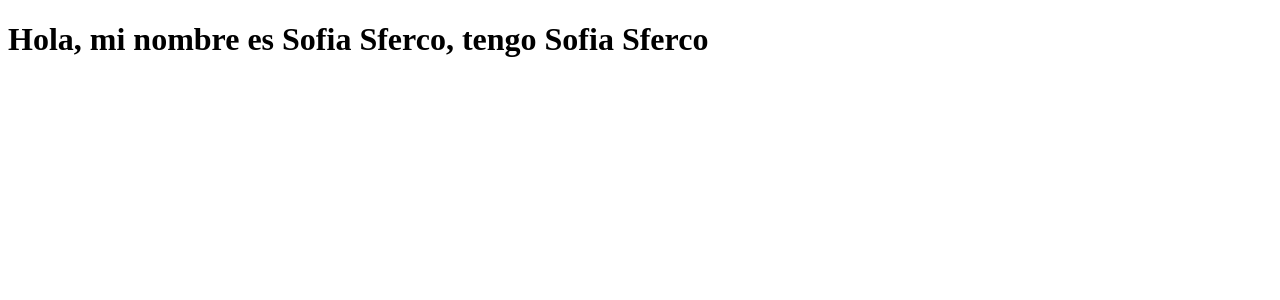
Repository: SofiaSferco/PWA-2026
Page: practico01/index.html
These files come from the project's save history. The page is drawn as it stood at one moment and after a run of saves; the edit follows.
The browser window is 1280 px wide. The pictures show the whole page.

Above is the page before, as saved 2026-09-10 00:09:24.

After the next 2 saves:
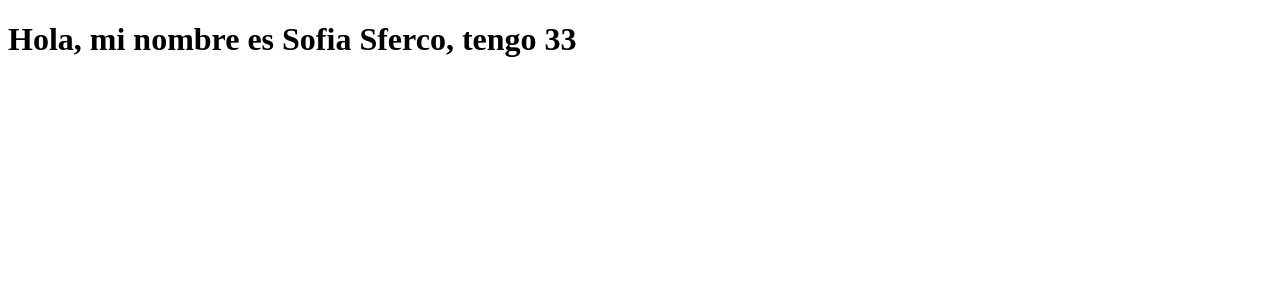
The 2 saves are shown as one change because they came seconds apart.
The last was saved 6 s later.
--- a/practico01/index.html
+++ b/practico01/index.html
@@ -7,7 +7,7 @@
 </head>
 <body>
     <div id="app">
-        <h1>Hola, mi nombre es {{nombre}}, tengo {{nombre}} </h1>
+        <h1>Hola, mi nombre es {{nombre}}, tengo {{edad}}  </h1>
     </div>
     <script>
        var app= new Vue({
